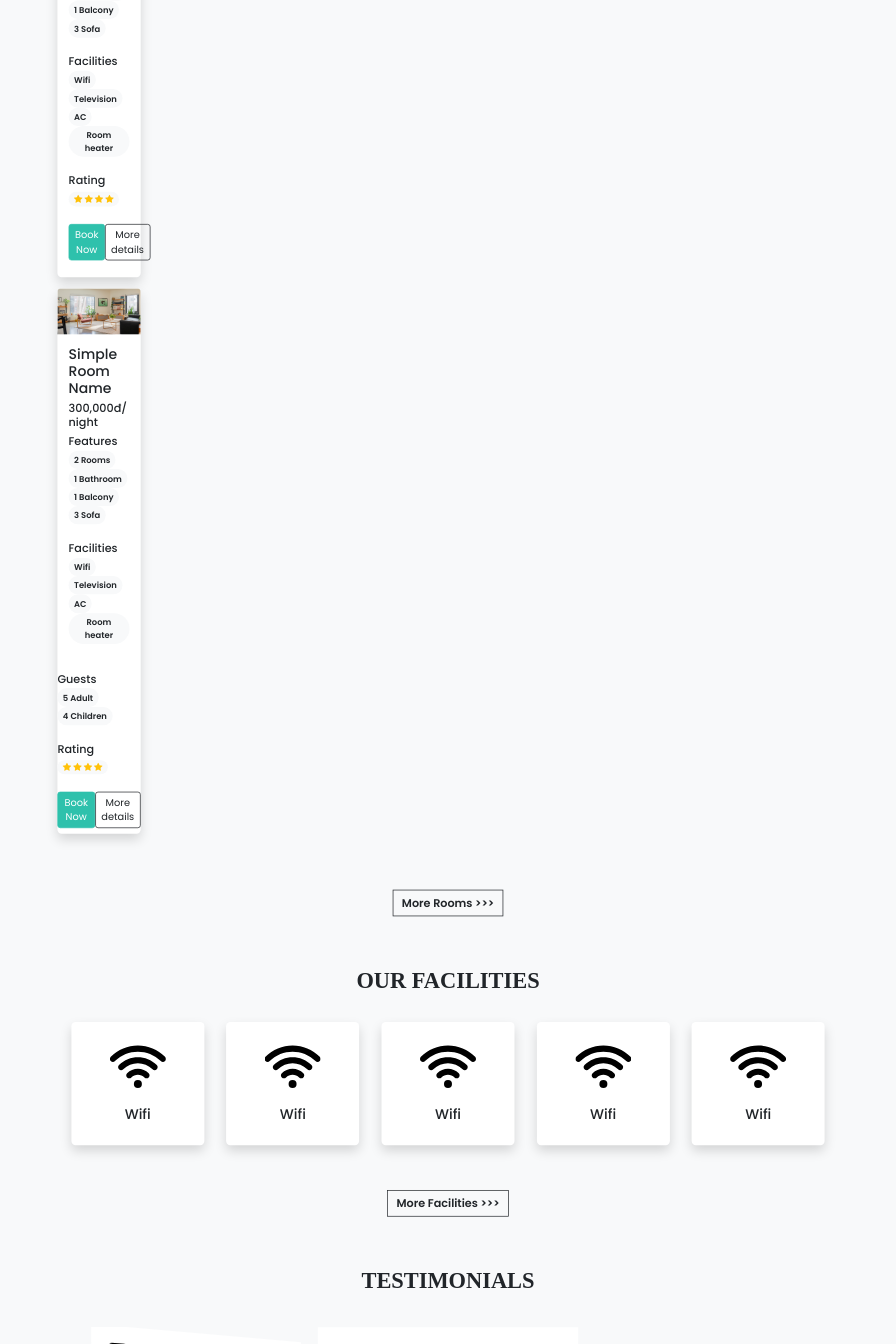
Repository: TaTongThanh2003/DoAnCoSo2024_BookingHotelWebsite
Page: http://localhost/WebsiteBookingHotel/index.php
The author's editor kept a copy of each file at every save. The page is drawn from the files as they stood at one save, then again after the next save.
The browser window is 1280 px wide. The pictures show the part of the page from y = 1640 to 3560 px (the page is 4631 px tall before and 4731 px after), at 70% of full size.
Some web fonts or font styles are not loaded; a fallback is used. The page is run by PHP 8.4 with error messages shown; the project is at /var/www/html/.

Above is the page before, as saved 2024-03-22 11:48:57.

After the next save:
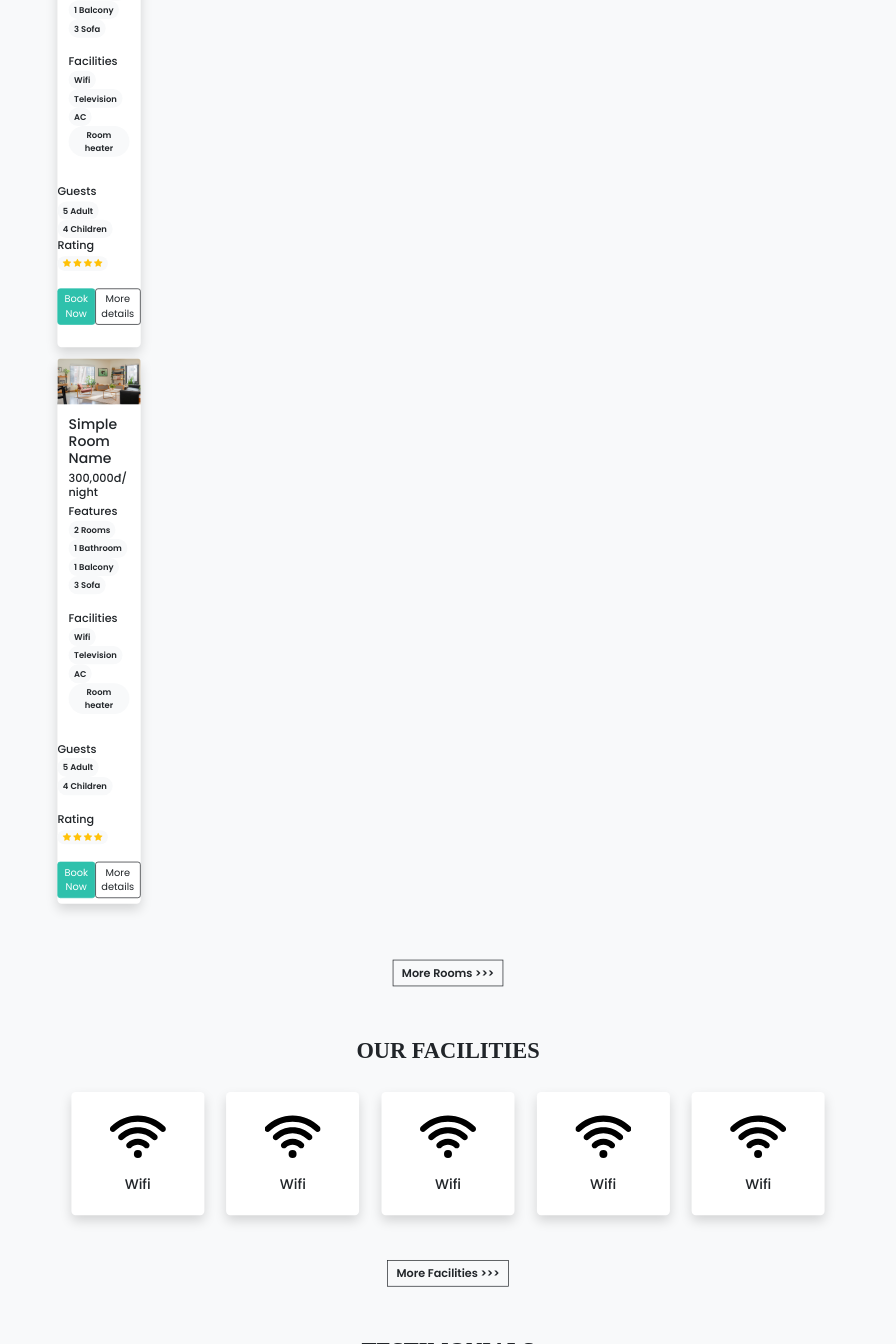
Saved 17 s later.
--- a/WebsiteBookingHotel/index.php
+++ b/WebsiteBookingHotel/index.php
@@ -190,6 +190,15 @@
                                     Room heater
                                 </span>
                             </div>
+                        </div>
+                        <div class="guests mb-4">
+                            <h6 class="mb-1">Guests</h6>
+                            <span class="badge rounded-pill bg-light text-dark text-wrap lh-base">
+                                5 Adult
+                            </span>
+                            <span class="badge rounded-pill bg-light text-dark text-wrap lh-base">
+                                4 Children
+                            </span>
                             <div class="rating mb-4">
                                 <h6 class="mb-1">Rating</h6>
                                 <span class="badge rounded-pill bg-light">
